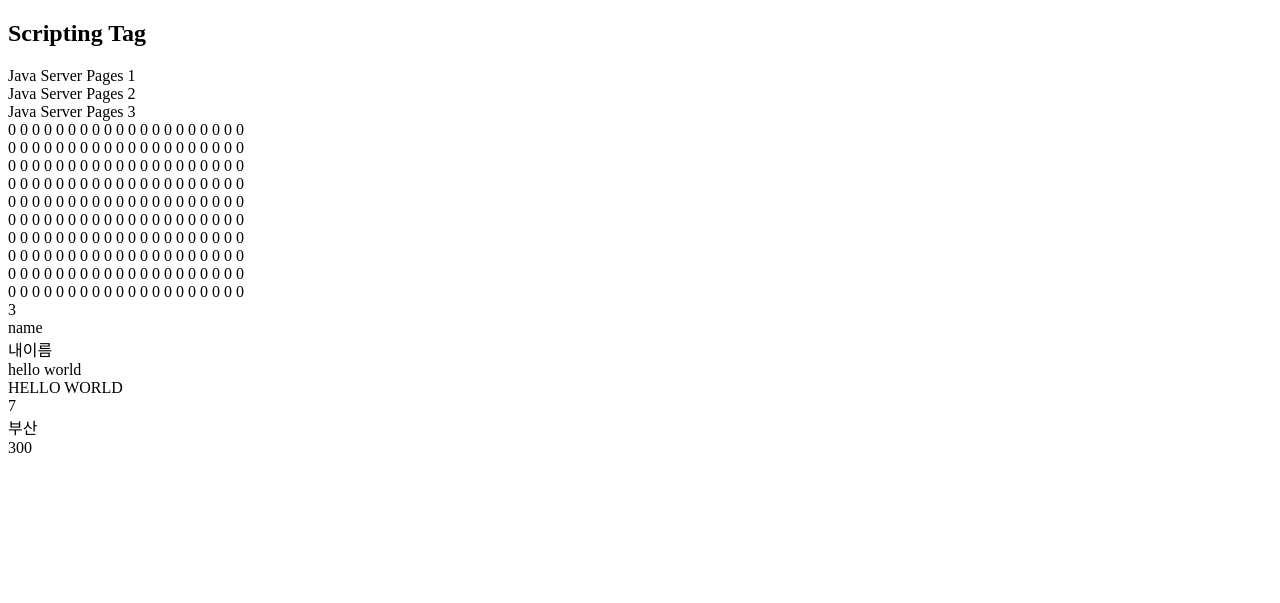
Repository: hodob/JSP_Practice
Page: http://localhost/JSPBooks_JJH/ch02_ex/ex1.jsp
The author's editor kept a copy of each file at every save. The page is drawn from the files as they stood at one save, then again after the next save.
The browser window is 1280 px wide. The pictures show the whole page.
The page is served by Tomcat 9.

Above is the page before, as saved 2022-08-05 02:08:07.

After the next save:
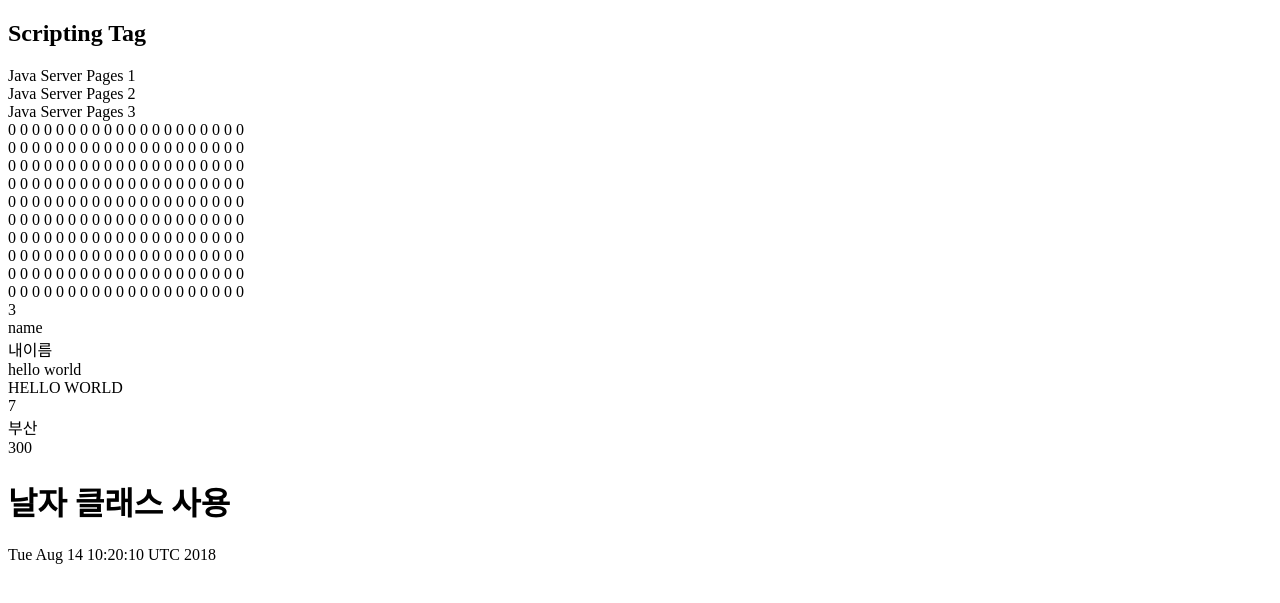
Saved 19 min 27 s later.
--- a/JSPBooks_JJH/WebContent/ch02_ex/ex1.jsp
+++ b/JSPBooks_JJH/WebContent/ch02_ex/ex1.jsp
@@ -61,7 +61,10 @@
 		out.println(Sum(100, 200));
 	%>
 
-
+	<h1>날자 클래스 사용</h1>
+	<%=
+	new java.util.Date()
+	%>
 
 </body>
 </html>
